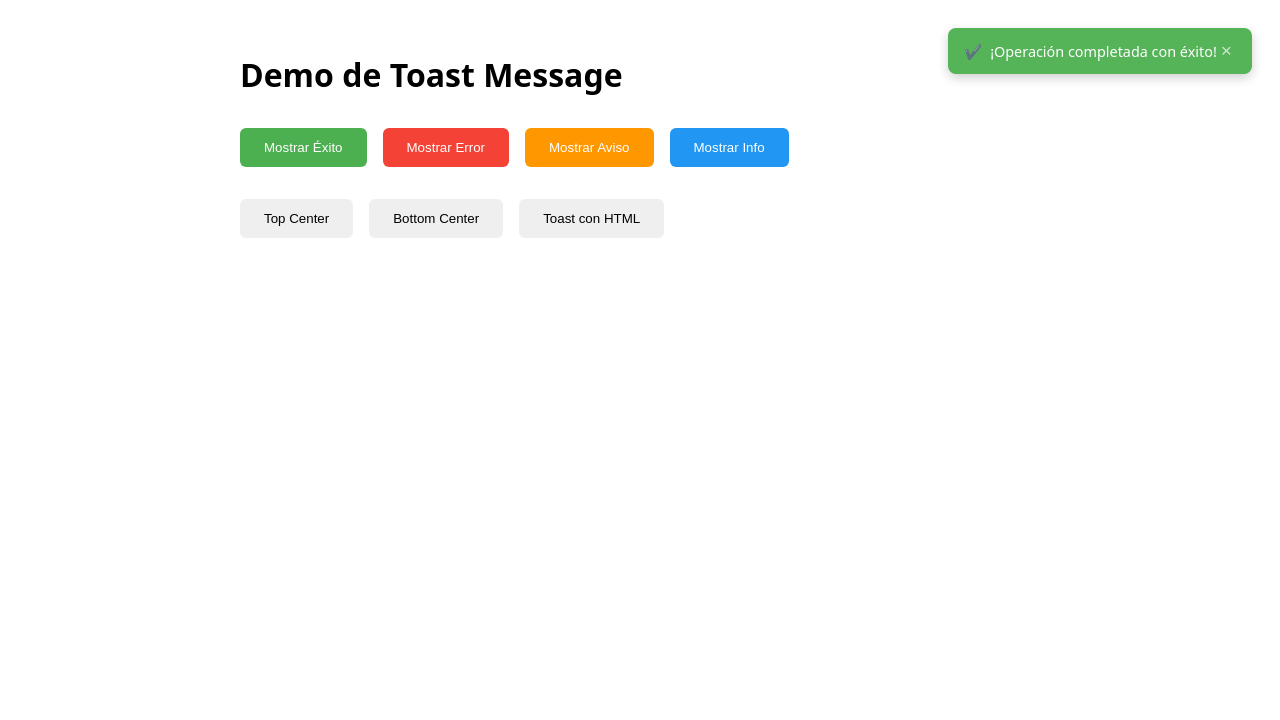
Repository: aitorcachero/aicadev-toast-message
Page: index.html
An editor plug-in stored every save of this project. The page is shown before and after the next save, followed by the edit.
The browser window is 1280 px wide. The pictures show the whole page.
After loading, the first visible `button.success` was clicked once.

Above is the page before, as saved 2025-05-22 10:51:34.

### index.html
<!DOCTYPE html>
<html lang="es">
<head>
  <meta charset="UTF-8" />
  <title>Toast Message Demo</title>
  <style>
    body {
      font-family: system-ui, -apple-system, sans-serif;
      max-width: 800px;
      margin: 0 auto;
      padding: 2rem;
    }

    .button-group {
      display: flex;
      gap: 1rem;
      flex-wrap: wrap;
      margin: 2rem 0;
    }

    button {
      padding: 0.75rem 1.5rem;
      border: none;
      border-radius: 6px;
      cursor: pointer;
      font-weight: 500;
      transition: all 0.2s;
    }

    button:hover {
      transform: translateY(-2px);
    }

    .success { background: #4caf50; color: white; }
    .error { background: #f44336; color: white; }
    .warning { background: #ff9800; color: white; }
    .info { background: #2196f3; color: white; }
  </style>
</head>

<body>
  <h1>Demo de Toast Message</h1>

  <div class="button-group">
    <button class="success" onclick="showToast('¡Operación completada con éxito!', 'success', 3000, 'top-right', true)">
      Mostrar Éxito
    </button>

    <button class="error" onclick="showToast('Ha ocurrido un error', 'error', 4000, 'top-right', true)">
      Mostrar Error
    </button>

    <button class="warning" onclick="showToast('Advertencia: Acción pendiente', 'warning', 3000, 'top-center', true)">
      Mostrar Aviso
    </button>

    <button class="info" onclick="showToast('Información importante', 'info', 3000, 'bottom-right', true)">
      Mostrar Info
    </button>
  </div>

  <div class="button-group">
    <button onclick="showToast('Toast en la parte superior', 'info', 3000, 'top-center')">
      Top Center
    </button>

    <button onclick="showToast('Toast en la parte inferior', 'info', 3000, 'bottom-center')">
      Bottom Center
    </button>

    <button onclick="showToast('<strong>HTML</strong> está permitido!', 'success', 3000, 'top-right', true)">
      Toast con HTML
    </button>
  </div>

  <script type="module">
    import './src/toast-message.js';

    window.showToast = function(message, type = 'info', duration = 3000, position = 'top-right', closeable = false) {
      const toast = document.createElement('toast-message');
      toast.innerHTML = message;
      toast.setAttribute('type', type);
      toast.setAttribute('duration', duration);
      toast.setAttribute('position', position);
      if (closeable) {
        toast.setAttribute('closeable', '');
      }
      document.body.appendChild(toast);
    };
  </script>
</body>
</html>

### src/toast-message.js
export class ToastMessage extends HTMLElement {
  constructor() {
    super();
    this.attachShadow({ mode: 'open' });
  }

  connectedCallback() {
    const type = this.getAttribute('type') || 'info';
    const duration = parseInt(this.getAttribute('duration')) || 3000;
    const position = this.getAttribute('position') || 'top-right';
    const message = this.innerHTML; // Permite HTML en el mensaje
    const closeable = this.hasAttribute('closeable');

    const colors = {
      success: '#4caf50',
      error: '#f44336',
      warning: '#ff9800',
      info: '#2196f3',
    };

    const icon = {
      success: '✔️',
      error: '❌',
      warning: '⚠️',
      info: 'ℹ️',
    };

    const positions = {
      'top-right': 'top: 20px; right: 20px;',
      'top-left': 'top: 20px; left: 20px;',
      'bottom-right': 'bottom: 20px; right: 20px;',
      'bottom-left': 'bottom: 20px; left: 20px;',
      'top-center': 'top: 20px; left: 50%; transform: translateX(-50%);',
      'bottom-center': 'bottom: 20px; left: 50%; transform: translateX(-50%);',
    };

    const style = `
      :host {
        position: fixed;
        ${positions[position]};
        z-index: 9999;
        display: block;
        animation: fadeIn 0.3s ease-out;
      }

      .toast {
        background: ${colors[type]};
        color: white;
        padding: 0.75rem 1rem;
        margin: 0.5rem;
        border-radius: 8px;
        box-shadow: 0 4px 12px rgba(0, 0, 0, 0.2);
        font-family: system-ui, -apple-system, sans-serif;
        font-size: 0.9rem;
        min-width: 250px;
        max-width: 350px;
        display: flex;
        align-items: center;
        justify-content: space-between;
        opacity: 0.95;
        transition: all 0.2s ease;
      }

      .toast:hover {
        opacity: 1;
        transform: translateY(-2px);
        box-shadow: 0 6px 16px rgba(0, 0, 0, 0.3);
      }

      .content {
        display: flex;
        align-items: center;
        gap: 8px;
        flex: 1;
      }

      .close-btn {
        background: none;
        border: none;
        color: white;
        cursor: pointer;
        padding: 0 4px;
        font-size: 1.2rem;
        opacity: 0.7;
        transition: opacity 0.2s;
      }

      .close-btn:hover {
        opacity: 1;
      }

      @keyframes fadeIn {
        from {
          opacity: 0;
          transform: translateY(${
            position.includes('bottom') ? '10px' : '-10px'
          });
        }
        to {
          opacity: 1;
          transform: translateY(0);
        }
      }

      @keyframes fadeOut {
        to {
          opacity: 0;
          transform: translateY(${
            position.includes('bottom') ? '-10px' : '10px'
          });
        }
      }
    `;

    const closeButton = closeable
      ? '<button class="close-btn" aria-label="Cerrar notificación">×</button>'
      : '';

    this.shadowRoot.innerHTML = `
      <style>${style}</style>
      <div class="toast" role="alert" aria-live="polite">
        <div class="content">
          <span aria-hidden="true">${icon[type]}</span>
          <span>${message}</span>
        </div>
        ${closeButton}
      </div>
    `;

    if (closeable) {
      this.shadowRoot
        .querySelector('.close-btn')
        .addEventListener('click', () => {
          this.startRemoval();
        });
    }

    if (duration !== 0) {
      setTimeout(() => this.startRemoval(), duration);
    }
  }

  startRemoval() {
    const toast = this.shadowRoot.querySelector('.toast');
    toast.style.animation = 'fadeOut 0.3s ease-in forwards';
    setTimeout(() => this.remove(), 300);
  }

  disconnectedCallback() {
    if (this.shadowRoot.querySelector('.close-btn')) {
      this.shadowRoot
        .querySelector('.close-btn')
        .removeEventListener('click', () => this.startRemoval());
    }
  }
}

if (!customElements.get('toast-message')) {
  customElements.define('toast-message', ToastMessage);
}

After the next save:
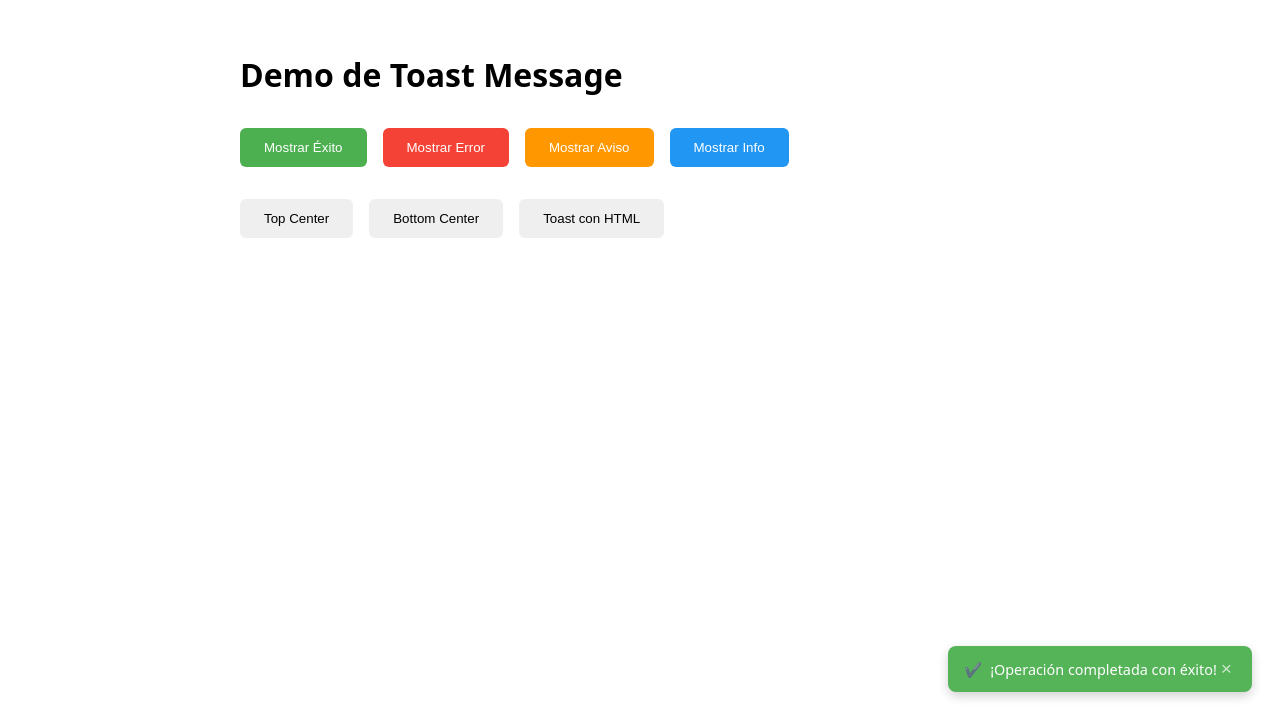
Saved 7 min 51 s later.
--- a/index.html
+++ b/index.html
@@ -1,5 +1,6 @@
 <!DOCTYPE html>
 <html lang="es">
+
 <head>
   <meta charset="UTF-8" />
   <title>Toast Message Demo</title>
@@ -31,10 +32,25 @@
       transform: translateY(-2px);
     }
 
-    .success { background: #4caf50; color: white; }
-    .error { background: #f44336; color: white; }
-    .warning { background: #ff9800; color: white; }
-    .info { background: #2196f3; color: white; }
+    .success {
+      background: #4caf50;
+      color: white;
+    }
+
+    .error {
+      background: #f44336;
+      color: white;
+    }
+
+    .warning {
+      background: #ff9800;
+      color: white;
+    }
+
+    .info {
+      background: #2196f3;
+      color: white;
+    }
   </style>
 </head>
 
@@ -42,15 +58,16 @@
   <h1>Demo de Toast Message</h1>
 
   <div class="button-group">
-    <button class="success" onclick="showToast('¡Operación completada con éxito!', 'success', 3000, 'top-right', true)">
+    <button class="success"
+      onclick="showToast('¡Operación completada con éxito!', 'success', 3000, 'bottom-right', true)">
       Mostrar Éxito
     </button>
 
-    <button class="error" onclick="showToast('Ha ocurrido un error', 'error', 4000, 'top-right', true)">
+    <button class="error" onclick="showToast('Ha ocurrido un error', 'error', 4000, 'bottom-right', true)">
       Mostrar Error
     </button>
 
-    <button class="warning" onclick="showToast('Advertencia: Acción pendiente', 'warning', 3000, 'top-center', true)">
+    <button class="warning" onclick="showToast('Advertencia: Acción pendiente', 'warning', 3000, 'bottom-right', true)">
       Mostrar Aviso
     </button>
 
@@ -76,7 +93,7 @@
   <script type="module">
     import './src/toast-message.js';
 
-    window.showToast = function(message, type = 'info', duration = 3000, position = 'top-right', closeable = false) {
+    window.showToast = function (message, type = 'info', duration = 3000, position = 'top-right', closeable = false) {
       const toast = document.createElement('toast-message');
       toast.innerHTML = message;
       toast.setAttribute('type', type);
@@ -89,4 +106,5 @@
     };
   </script>
 </body>
+
 </html>
